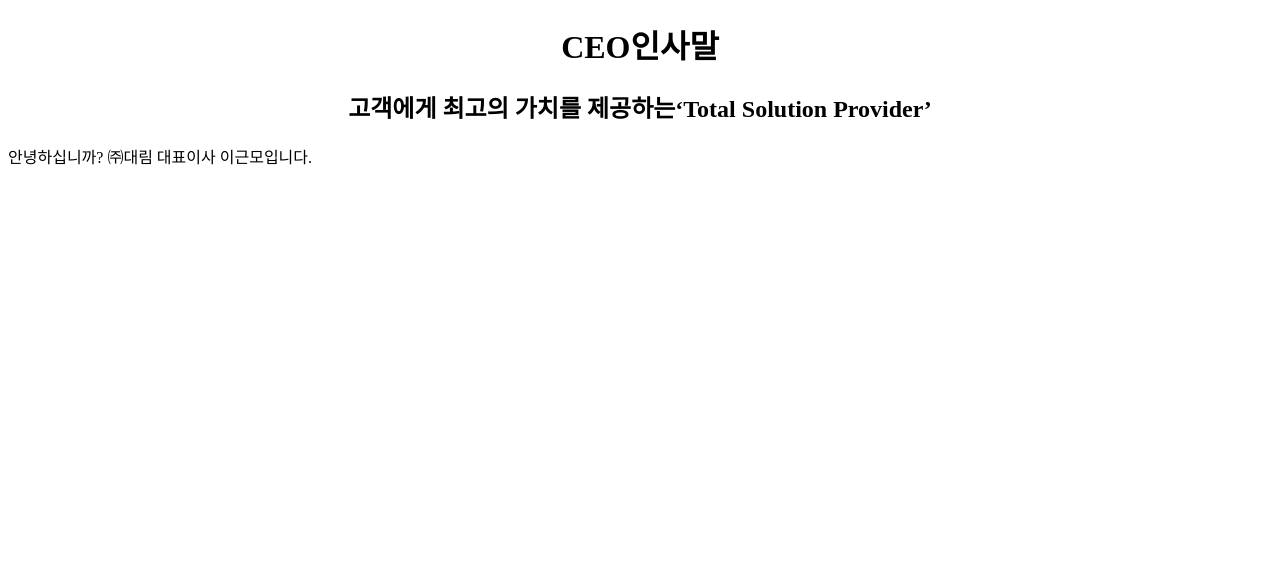
Repository: heoSuKyeong/client_Ssanyong
Page: ClientTest/src/main/webapp/html/q002.html
The author's editor kept a copy of each file at every save. The page is drawn from the files as they stood at one save, then again after the next save.
The browser window is 1280 px wide. The pictures show the whole page.

Above is the page before, as saved 2023-09-20 02:48:08.

### ClientTest/src/main/webapp/html/q002.html
<!DOCTYPE html>
<html>
<head>
<meta charset="UTF-8">
<title>q002</title>
</head>
<body>
	<h1 align="center">CEO인사말</h1>
	<h2 align="center">고객에게 최고의 가치를 제공하는‘Total Solution Provider’</h2>

	<p>안녕하십니까? ㈜대림 대표이사 이근모입니다.</p>



</body>
</html>

After the next save:
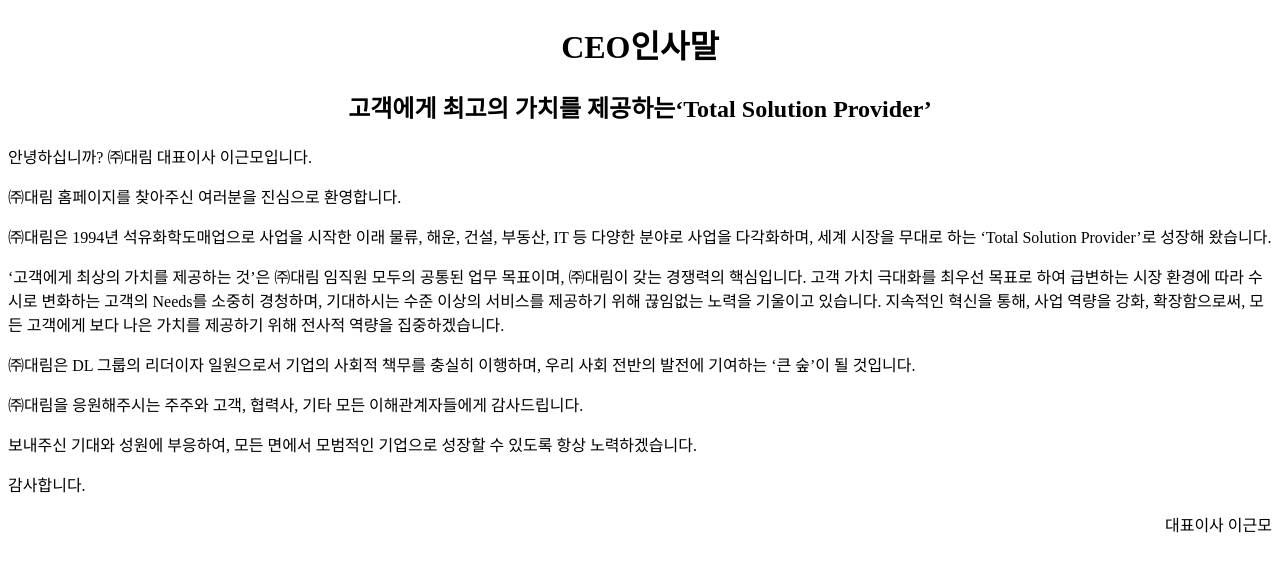
Saved 29 min 17 s later.
--- a/ClientTest/src/main/webapp/html/q002.html
+++ b/ClientTest/src/main/webapp/html/q002.html
@@ -9,6 +9,16 @@
 	<h2 align="center">고객에게 최고의 가치를 제공하는‘Total Solution Provider’</h2>
 
 	<p>안녕하십니까? ㈜대림 대표이사 이근모입니다.</p>
+	<p>㈜대림 홈페이지를 찾아주신 여러분을 진심으로 환영합니다.</p>
+	<p>㈜대림은 1994년 석유화학도매업으로 사업을 시작한 이래 물류, 해운, 건설, 부동산, IT 등 다양한 분야로 사업을 다각화하며, 세계 시장을 무대로 하는 ‘Total Solution Provider’로 성장해 왔습니다.</p>
+	<p>‘고객에게 최상의 가치를 제공하는 것’은 ㈜대림 임직원 모두의 공통된 업무 목표이며, ㈜대림이 갖는 경쟁력의 핵심입니다.
+고객 가치 극대화를 최우선 목표로 하여 급변하는 시장 환경에 따라 수시로 변화하는 고객의 Needs를 소중히 경청하며, 기대하시는 수준 이상의 서비스를 제공하기 위해 끊임없는 노력을 기울이고 있습니다.
+지속적인 혁신을 통해, 사업 역량을 강화, 확장함으로써, 모든 고객에게 보다 나은 가치를 제공하기 위해 전사적 역량을 집중하겠습니다.</p>
+	<p>㈜대림은 DL 그룹의 리더이자 일원으로서 기업의 사회적 책무를 충실히 이행하며, 우리 사회 전반의 발전에 기여하는 ‘큰 숲’이 될 것입니다.</p>
+	<p>㈜대림을 응원해주시는 주주와 고객, 협력사, 기타 모든 이해관계자들에게 감사드립니다.</p>
+	<p>보내주신 기대와 성원에 부응하여, 모든 면에서 모범적인 기업으로 성장할 수 있도록 항상 노력하겠습니다.</p>
+	<p>감사합니다.</p>
+	<p align="right">대표이사 이근모</p>
 
 
 
